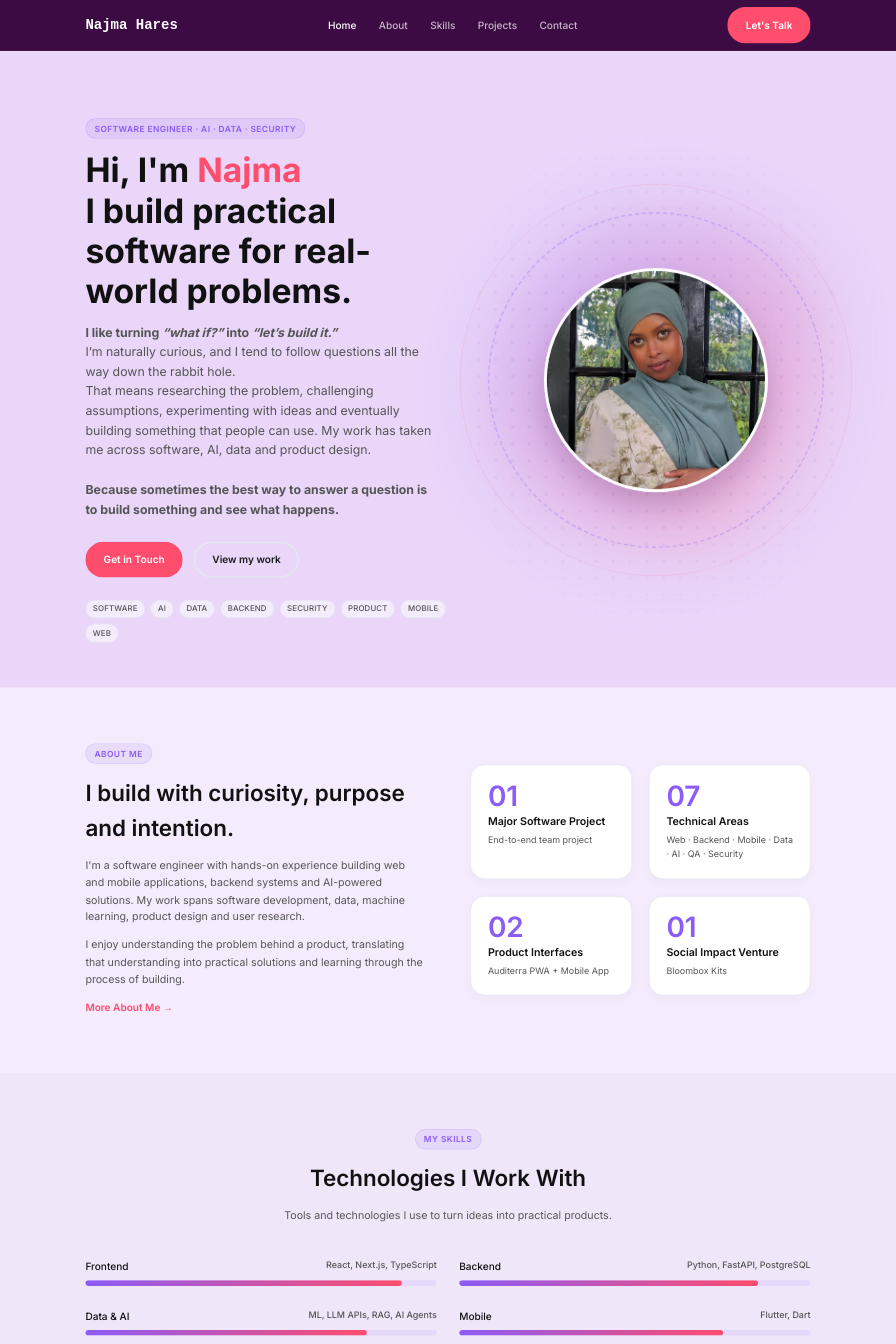
Repository: najmahares/portfolio
Page: index.html
The author's editor kept a copy of each file at every save. The page is drawn from the files as they stood at one save, then again after the next save.
The browser window is 1280 px wide. The pictures show the part of the page from y = 0 to 1920 px (the page is 3469 px tall before and 3441 px after), at 70% of full size.

Above is the page before, as saved 2026-09-19 06:35:39.

### index.html
<!doctype html>
<html lang="en">
  <head>
    <meta charset="UTF-8" />
    <meta name="viewport" content="width=device-width, initial-scale=1.0" />
    <title>Najma Hares | Software Engineer</title>
    <link rel="preconnect" href="https://fonts.googleapis.com" />
    <link rel="preconnect" href="https://fonts.gstatic.com" crossorigin />
    <link
      href="https://fonts.googleapis.com/css2?family=Inter:wght@300;400;500;600;700&display=swap"
      rel="stylesheet"
    />
    <link rel="stylesheet" href="css/style.css" />
  </head>
  <body>
    <!-- Navbar -->
    <nav class="navbar">
      <div class="container nav-container">
        <a href="index.html" class="logo">Najma Hares</a>
        <div class="nav-links">
          <a href="index.html" class="active">Home</a>
          <a href="#about">About</a>
          <a href="#skills">Skills</a>
          <a href="#projects">Projects</a>
          <a href="#contact">Contact</a>
        </div>
        <a href="mailto:haresnajma@gmail.com" class="btn btn-primary magnetic"
          >Let's Talk</a
        >
      </div>
    </nav>

    <!-- Hero Section -->
    <section class="hero">
      <div class="container hero-grid">
        <div class="hero-content">
          <span class="badge reveal"
            >SOFTWARE ENGINEER · AI · DATA · SECURITY</span
          >
          <h1 class="reveal">
            Hi, I'm <span class="text-accent">Najma</span><br />I build
            practical software for real-world problems.
          </h1>
          <p class="hero-desc reveal">
            <strong
              >I like turning <i>“what if?”</i> into <i>“let’s build it.”</i>
            </strong>
            <br />
            I’m naturally curious, and I tend to follow questions all the way
            down the rabbit hole. <br />
            That means researching the problem, challenging assumptions,
            experimenting with ideas and eventually building something that
            people can use. My work has taken me across software, AI, data and
            product design.
            <br /><br />
            <strong
              >Because sometimes the best way to answer a question is to build
              something and see what happens.</strong
            >
          </p>
          <div class="hero-buttons reveal">
            <a href="#contact" class="btn btn-primary magnetic">Get in Touch</a>
            <a href="#projects" class="btn btn-outline magnetic"
              >View my work</a
            >
          </div>
          <div class="tech-stack reveal">
            <span class="badge-sm">Software</span>
            <span class="badge-sm">AI</span>
            <span class="badge-sm">Data</span>
            <span class="badge-sm">Backend</span>
            <span class="badge-sm">Security</span>
            <span class="badge-sm">Product</span>
            <span class="badge-sm">Mobile</span>
            <span class="badge-sm">Web</span>
          </div>
        </div>

        <!-- Hero Image Wrapper with Abstract Decorations -->
        <div class="hero-image-wrapper reveal">
          <!-- Soft background glow -->
          <div class="image-glow-blob"></div>

          <!-- Decorative concentric rings -->
          <div class="decor-ring ring-1"></div>
          <div class="decor-ring ring-2"></div>
          <div class="decor-dot-pattern"></div>

          <!-- The actual image -->
          <div class="avatar-graphic tilt-card">
            <img
              src="assets/portfolio_image.jpg"
              alt="Najma Hares"
              class="hero-img"
            />
          </div>
        </div>
      </div>
    </section>

    <!-- About & Stats -->
    <section id="about" class="section">
      <div class="container about-grid">
        <div class="about-text reveal">
          <span class="badge">ABOUT ME</span>
          <h2>I build with curiosity, purpose and intention.</h2>
          <p>
            I'm a software engineer with hands-on experience building web and
            mobile applications, backend systems and AI-powered solutions. My
            work spans software development, data, machine learning, product
            design and user research.
          </p>
          <p>
            I enjoy understanding the problem behind a product, translating that
            understanding into practical solutions and learning through the
            process of building.
          </p>
          <a href="#" class="link-arrow">More About Me →</a>
        </div>
        <div class="stats-grid">
          <div class="card stat-card reveal tilt-card">
            <h3>01</h3>
            <p>Major Software Project</p>
            <span class="stat-sub">End-to-end team project</span>
          </div>
          <div class="card stat-card reveal tilt-card">
            <h3>07</h3>
            <p>Technical Areas</p>
            <span class="stat-sub"
              >Web · Backend · Mobile · Data · AI · QA · Security</span
            >
          </div>
          <div class="card stat-card reveal tilt-card">
            <h3>02</h3>
            <p>Product Interfaces</p>
            <span class="stat-sub">Auditerra PWA + Mobile App</span>
          </div>
          <div class="card stat-card reveal tilt-card">
            <h3>01</h3>
            <p>Social Impact Venture</p>
            <span class="stat-sub">Bloombox Kits</span>
          </div>
        </div>
      </div>
    </section>

    <!-- Skills -->
    <section id="skills" class="section bg-alt">
      <div class="container">
        <div class="section-header reveal">
          <span class="badge">MY SKILLS</span>
          <h2>Technologies I Work With</h2>
          <p>
            Tools and technologies I use to turn ideas into practical products.
          </p>
        </div>
        <div class="skills-grid">
          <div class="skill-item reveal">
            <div class="skill-info">
              <span>Frontend</span><span>React, Next.js, TypeScript</span>
            </div>
            <div class="progress-bar">
              <div class="progress" style="width: 90%"></div>
            </div>
          </div>
          <div class="skill-item reveal">
            <div class="skill-info">
              <span>Backend</span><span>Python, FastAPI, PostgreSQL</span>
            </div>
            <div class="progress-bar">
              <div class="progress" style="width: 85%"></div>
            </div>
          </div>
          <div class="skill-item reveal">
            <div class="skill-info">
              <span>Data & AI</span><span>ML, LLM APIs, RAG, AI Agents</span>
            </div>
            <div class="progress-bar">
              <div class="progress" style="width: 80%"></div>
            </div>
          </div>
          <div class="skill-item reveal">
            <div class="skill-info">
              <span>Mobile</span><span>Flutter, Dart</span>
            </div>
            <div class="progress-bar">
              <div class="progress" style="width: 75%"></div>
            </div>
          </div>
          <div class="skill-item reveal">
            <div class="skill-info">
              <span>Testing</span><span>Jest, Cypress, Playwright</span>
            </div>
            <div class="progress-bar">
              <div class="progress" style="width: 85%"></div>
            </div>
          </div>
          <div class="skill-item reveal">
            <div class="skill-info">
              <span>Product & UX</span><span>Figma, UX Research, Jira</span>
            </div>
            <div class="progress-bar">
              <div class="progress" style="width: 80%"></div>
            </div>
          </div>
        </div>
      </div>
    </section>

    <!-- Recent Work -->
    <section id="projects" class="section">
      <div class="container">
        <div class="section-header reveal">
          <span class="badge">FEATURED PROJECT</span>
          <h2>Some of My Recent Work</h2>
          <p>A selection of projects I've built recently.</p>
        </div>
        <div class="projects-grid">
          <!-- Project 1 -->
          <a href="project.html" class="card project-card reveal tilt-card">
            <div class="project-img placeholder-1"></div>
            <div class="project-info">
              <span class="badge-sm">FEATURED PROJECT</span>
              <h3>Auditerra</h3>
              <p class="project-subtitle">
                Land Restoration Monitoring Platform
              </p>
              <p class="project-desc">
                A two-interface platform connecting field experts with
                smallholder farmers.
              </p>
              <div class="project-tags">
                <span class="badge-sm">React</span>
                <span class="badge-sm">Flutter</span>
                <span class="badge-sm">Gemini</span>
              </div>
            </div>
          </a>
          <!-- Project 2 -->
          <a href="project.html" class="card project-card reveal tilt-card">
            <div class="project-img placeholder-2"></div>
            <div class="project-info">
              <span class="badge-sm">SOCIAL IMPACT PROJECT</span>
              <h3>Bloombox Kits</h3>
              <p class="project-subtitle">Portable Beauty-Kit Venture</p>
              <p class="project-desc">
                A portable beauty-kit venture supporting girls' education.
              </p>
              <div class="project-tags">
                <span class="badge-sm">Entrepreneurship</span>
                <span class="badge-sm">Social Impact</span>
              </div>
            </div>
          </a>
          <!-- Project 3 -->
          <a href="project.html" class="card project-card reveal tilt-card">
            <div class="project-img placeholder-3"></div>
            <div class="project-info">
              <span class="badge-sm">DATA & MACHINE LEARNING</span>
              <h3>Machine Learning Project</h3>
              <p class="project-subtitle">[Actual Project Name]</p>
              <p class="project-desc">
                A machine-learning project focused on solving real-world data
                problems.
              </p>
              <div class="project-tags">
                <span class="badge-sm">Python</span>
                <span class="badge-sm">ML</span>
              </div>
            </div>
          </a>
        </div>
      </div>
    </section>

    <!-- Footer -->
    <footer id="contact" class="footer">
      <div class="container footer-grid">
        <div class="footer-cta reveal">
          <span class="badge">LET'S WORK TOGETHER</span>
          <h2>Have an idea worth building?</h2>
          <p>
            I'm always interested in learning, building and working on problems
            where technology can create meaningful value.
          </p>
          <a href="mailto:haresnajma@gmail.com" class="btn btn-primary magnetic"
            >Let's Talk</a
          >
        </div>
        <div class="footer-info reveal">
          <div class="card personal-card">
            <span class="badge-sm">CURRENTLY</span>
            <h3>Building & learning</h3>
            <p><strong>Najma Hares</strong><br />Software Engineer</p>
            <div class="personal-focus">
              <span>Software Engineering</span>
              <span>AI & Data</span>
              <span>Product Development</span>
            </div>
          </div>
          <div class="social-links">
            <h4>Follow Me</h4>
            <a href="#">GitHub</a>
            <a href="#">LinkedIn</a>
            <a href="mailto:haresnajma@gmail.com">haresnajma@gmail.com</a>
          </div>
        </div>
      </div>
      <div class="container footer-bottom">
        <p>&copy; 2026 Najma Hares Muhumed. All rights reserved.</p>
        <p>Made with ❤️ by Najma</p>
      </div>
    </footer>

    <script src="js/main.js"></script>
  </body>
</html>

Loaded but not shown: js/main.js (72 lines, source omitted); css/style.css (1095 lines, source omitted)

After the next save:
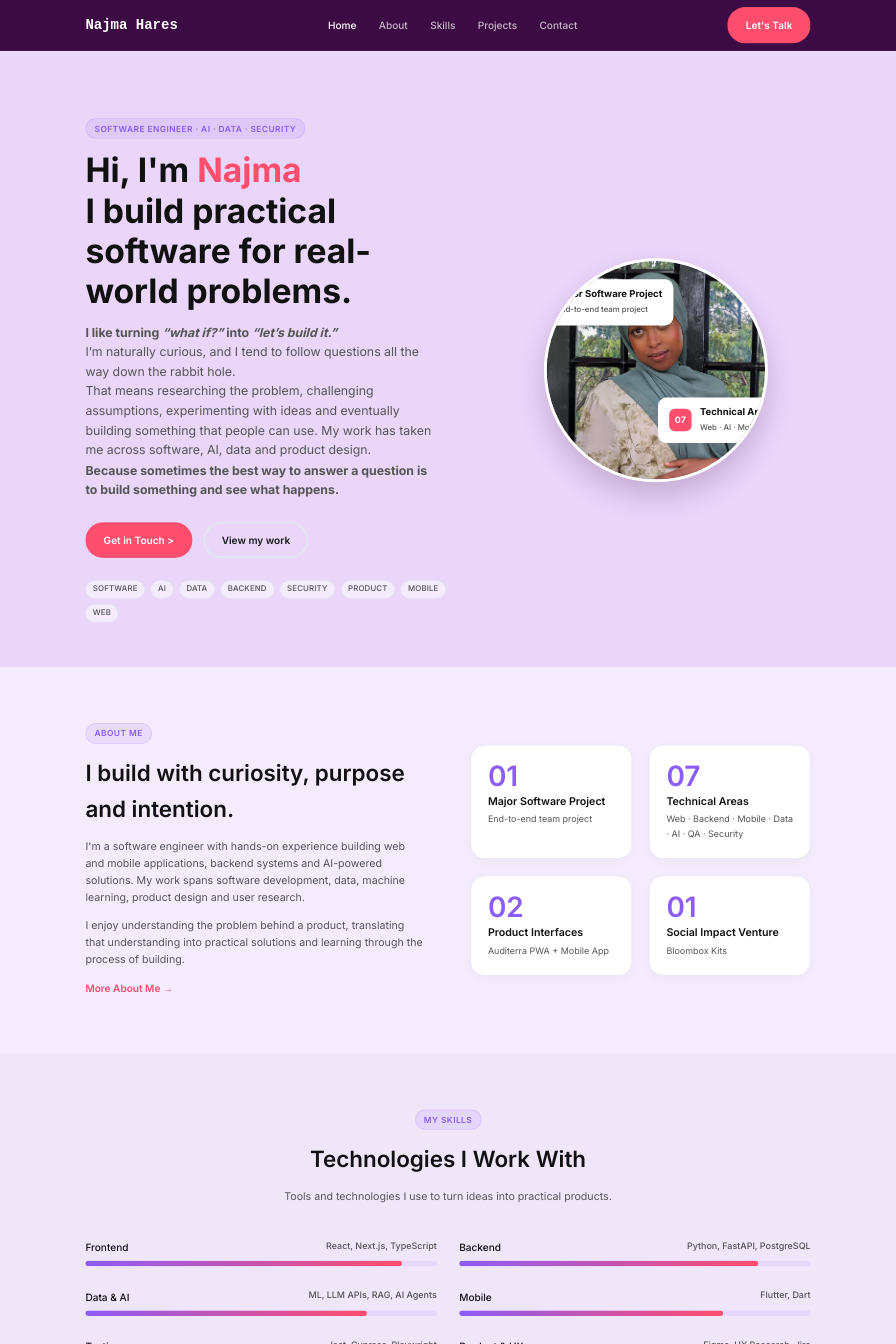
Saved 17 s later.
--- a/index.html
+++ b/index.html
@@ -42,9 +42,7 @@
             practical software for real-world problems.
           </h1>
           <p class="hero-desc reveal">
-            <strong
-              >I like turning <i>“what if?”</i> into <i>“let’s build it.”</i>
-            </strong>
+            <strong>I like turning <i>“what if?”</i> into <i>“let’s build it.”</i> </strong>
             <br />
             I’m naturally curious, and I tend to follow questions all the way
             down the rabbit hole. <br />
@@ -52,17 +50,18 @@
             experimenting with ideas and eventually building something that
             people can use. My work has taken me across software, AI, data and
             product design.
-            <br /><br />
+            <br />
+
             <strong
               >Because sometimes the best way to answer a question is to build
               something and see what happens.</strong
             >
           </p>
           <div class="hero-buttons reveal">
-            <a href="#contact" class="btn btn-primary magnetic">Get in Touch</a>
-            <a href="#projects" class="btn btn-outline magnetic"
-              >View my work</a
+            <a href="#projects" class="btn btn-primary magnetic"
+              >Get in Touch
             >
+            <a href="#" class="btn btn-outline magnetic">View my work</a>
           </div>
           <div class="tech-stack reveal">
             <span class="badge-sm">Software</span>
@@ -75,24 +74,27 @@
             <span class="badge-sm">Web</span>
           </div>
         </div>
-
-        <!-- Hero Image Wrapper with Abstract Decorations -->
         <div class="hero-image-wrapper reveal">
-          <!-- Soft background glow -->
-          <div class="image-glow-blob"></div>
-
-          <!-- Decorative concentric rings -->
-          <div class="decor-ring ring-1"></div>
-          <div class="decor-ring ring-2"></div>
-          <div class="decor-dot-pattern"></div>
-
-          <!-- The actual image -->
           <div class="avatar-graphic tilt-card">
             <img
               src="assets/portfolio_image.jpg"
               alt="Najma Hares"
               class="hero-img"
             />
+            <div class="floating-stat float-1">
+              <div class="stat-icon bg-purple">01</div>
+              <div>
+                <strong>Major Software Project</strong>
+                <span>End-to-end team project</span>
+              </div>
+            </div>
+            <div class="floating-stat float-2">
+              <div class="stat-icon bg-pink">07</div>
+              <div>
+                <strong>Technical Areas</strong>
+                <span>Web · AI · Mobile · Data</span>
+              </div>
+            </div>
           </div>
         </div>
       </div>
@@ -216,7 +218,7 @@
           <p>A selection of projects I've built recently.</p>
         </div>
         <div class="projects-grid">
-          <!-- Project 1 -->
+          <!-- Project 1: Wrapped in <a> tag -->
           <a href="project.html" class="card project-card reveal tilt-card">
             <div class="project-img placeholder-1"></div>
             <div class="project-info">
